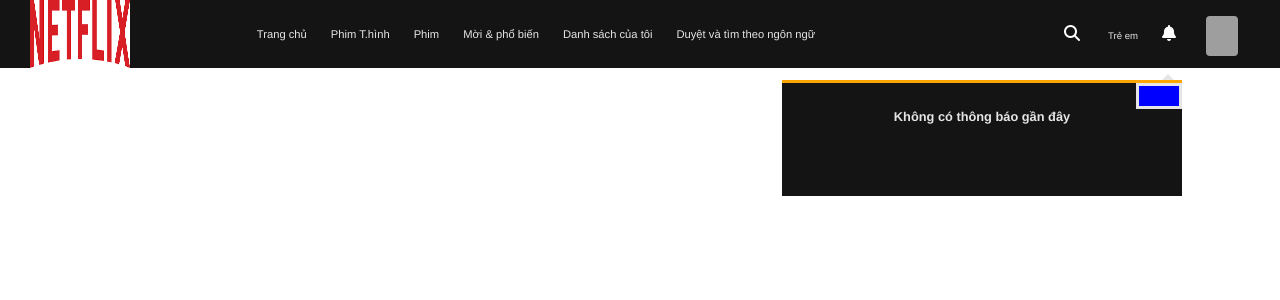
Repository: Tbs-Giang-Luong/neflix
Page: netflix/index.html
An editor plug-in stored every save of this project. The page is shown before and after the next save, followed by the edit.
The browser window is 1280 px wide. The pictures show the whole page.
Pictures or frames that could not be fetched are drawn as grey boxes.

Above is the page before, as saved 2022-10-11 15:05:04.

### netflix/index.html
<!DOCTYPE html>
<html lang="en">
<head>
    <meta charset="UTF-8">
    <meta http-equiv="X-UA-Compatible" content="IE=edge">
    <meta name="viewport" content="width=device-width, initial-scale=1.0">
    <link rel="stylesheet" href="./asset/css/grid.css">
    <link rel="stylesheet" href="./asset/fonts/fontawesome-free-6.2.0-web/css/all.min.css">
    <link rel="stylesheet" href="./asset/css/styles.css">
    <link rel="stylesheet" href="./asset/css/main.css">
    <title>Document</title>
</head>
<body>
    <div id="main grid wide">
        <div id="header">
            <img class="header-logo" src="data:[embedded picture, 4426 characters]" data-deferred="1" alt="upload.wikimedia.org/wikipedia/commons/thumb/0/..." data-atf="true" data-iml="706.6999999992549">
            <div class="header-main">
                <ui class="main__navigation">
                    <li class="navigation-item">
                        <a href="">Trang chủ</a>

                    </li>
                    <li class="navigation-item">
                        <a href="">Phim T.hình</a>

                    </li>
                    <li class="navigation-item">
                        <a href="">Phim</a>

                    </li>
                    <li class="navigation-item">
                        <a href="">Mời & phổ biến</a>

                    </li>
                    <li class="navigation-item">
                        <a href="">  Danh sách của tôi</a>

                    </li>
                    <li class="navigation-item">
                        <a href=""> Duyệt và tìm theo ngôn ngữ</a>

                    </li>
                </ui>
            </div>
            <div class="header__sub">
                <ul class="secondary__navigation">
                    <li class="header__sub-item">
                        <span class="header-search">
                            <i class="fa-solid fa-magnifying-glass"></i>
                        </span>

                    </li>
                    <li class="header__sub-item">
                        <a href="">Trẻ em</a>
                    </li>
                    <li class="header__sub-item display-notification ">
                        <span class="item-notification ">
                            <i class="fa-solid fa-bell"></i>
                            <div class="header__notification">
                                <h4>Không có thông báo gần đây</h4>
                            </div>
                        </span>

                    </li>
                    <li class="header__sub-item">
                        <img class="avatar" src="https://occ-0-325-58.1.nflxso.net/dnm/api/v6/K6hjPJd6cR6FpVELC5Pd6ovHRSk/AAAABY20DrC9-11ewwAs6nfEgb1vrORxRPP9IGmlW1WtKuaLIz8VxCx5NryzDK3_ez064IsBGdXjVUT59G5IRuFdqZlCJCneepU.png?r=229" alt="Avatar">
                    </li>
                </ul>

            </div>


        </div>

        <div id="content">

        </div>

        <div id="footer">

        </div>
    </div>
</body>
</html>

### netflix/asset/css/grid.css
.grid {
    width: 100%;
    display: block;
    padding: 0;
}

.grid.wide {
    max-width: 1200px;
    margin: 0 auto;
}

.row {
    display: flex;
    flex-wrap: wrap;
    margin-left: -4px;
    margin-right: -4px;
}

.row.no-gutters {
    margin-left: 0;
    margin-right: 0;
}

.col {
    padding-left: 4px;
    padding-right: 4px;
}

.row.no-gutters .col {
    padding-left: 0;
    padding-right: 0;
}

.c-0 {
    display: none;
}

.c-1 {
    flex: 0 0 8.33333%;
    max-width: 8.33333%;
}

.c-2 {
    flex: 0 0 16.66667%;
    max-width: 16.66667%;
}

.c-3 {
    flex: 0 0 25%;
    max-width: 25%;
}

.c-4 {
    flex: 0 0 33.33333%;
    max-width: 33.33333%;
}

.c-5 {
    flex: 0 0 41.66667%;
    max-width: 41.66667%;
}

.c-6 {
    flex: 0 0 50%;
    max-width: 50%;
}

.c-7 {
    flex: 0 0 58.33333%;
    max-width: 58.33333%;
}

.c-8 {
    flex: 0 0 66.66667%;
    max-width: 66.66667%;
}

.c-9 {
    flex: 0 0 75%;
    max-width: 75%;
}

.c-10 {
    flex: 0 0 83.33333%;
    max-width: 83.33333%;
}

.c-11 {
    flex: 0 0 91.66667%;
    max-width: 91.66667%;
}

.c-12 {
    flex: 0 0 100%;
    max-width: 100%;
}

.c-o-1 {
    margin-left: 8.33333%;
}

.c-o-2 {
    margin-left: 16.66667%;
}

.c-o-3 {
    margin-left: 25%;
}

.c-o-4 {
    margin-left: 33.33333%;
}

.c-o-5 {
    margin-left: 41.66667%;
}

.c-o-6 {
    margin-left: 50%;
}

.c-o-7 {
    margin-left: 58.33333%;
}

.c-o-8 {
    margin-left: 66.66667%;
}

.c-o-9 {
    margin-left: 75%;
}

.c-o-10 {
    margin-left: 83.33333%;
}

.c-o-11 {
    margin-left: 91.66667%;
}

/* >= Tablet */
@media (min-width: 740px) {
    .row {
        margin-left: -8px;
        margin-right: -8px;
    }

    .col {
        padding-left: 8px;
        padding-right: 8px;
    }

    .m-0 {
        display: none;
    }

    .m-1,
    .m-2,
    .m-3,
    .m-4,
    .m-5,
    .m-6,
    .m-7,
    .m-8,
    .m-9,
    .m-10,
    .m-11,
    .m-12 {
        display: block;
    }

    .m-1 {
        flex: 0 0 8.33333%;
        max-width: 8.33333%;
    }

    .m-2 {
        flex: 0 0 16.66667%;
        max-width: 16.66667%;
    }

    .m-3 {
        flex: 0 0 25%;
        max-width: 25%;
    }

    .m-4 {
        flex: 0 0 33.33333%;
        max-width: 33.33333%;
    }

    .m-5 {
        flex: 0 0 41.66667%;
        max-width: 41.66667%;
    }

    .m-6 {
        flex: 0 0 50%;
        max-width: 50%;
    }

    .m-7 {
        flex: 0 0 58.33333%;
        max-width: 58.33333%;
    }

    .m-8 {
        flex: 0 0 66.66667%;
        max-width: 66.66667%;
    }

    .m-9 {
        flex: 0 0 75%;
        max-width: 75%;
    }

    .m-10 {
        flex: 0 0 83.33333%;
        max-width: 83.33333%;
    }

    .m-11 {
        flex: 0 0 91.66667%;
        max-width: 91.66667%;
    }

    .m-12 {
        flex: 0 0 100%;
        max-width: 100%;
    }

    .m-o-1 {
        margin-left: 8.33333%;
    }

    .m-o-2 {
        margin-left: 16.66667%;
    }

    .m-o-3 {
        margin-left: 25%;
    }

    .m-o-4 {
        margin-left: 33.33333%;
    }

    .m-o-5 {
        margin-left: 41.66667%;
    }

    .m-o-6 {
        margin-left: 50%;
    }

    .m-o-7 {
        margin-left: 58.33333%;
    }

    .m-o-8 {
        margin-left: 66.66667%;
    }

    .m-o-9 {
        margin-left: 75%;
    }

    .m-o-10 {
        margin-left: 83.33333%;
    }

    .m-o-11 {
        margin-left: 91.66667%;
    }
}

/* PC medium resolution > */
@media (min-width: 1113px) {
    .row {
        margin-left: -12px;
        margin-right: -12px;
    }

    .row.sm-gutter {
        margin-left: -5px;
        margin-right: -5px;
    }

    .col {
        padding-left: 12px;
        padding-right: 12px;
    }

    .row.sm-gutter .col {
        padding-left: 5px;
        padding-right: 5px;
    }

    .l-0 {
        display: none;
    }

    .l-1,
    .l-2,
    .l-2-4,
    .l-3,
    .l-4,
    .l-5,
    .l-6,
    .l-7,
    .l-8,
    .l-9,
    .l-10,
    .l-11,
    .l-12 {
        display: block;
    }

    .l-1 {
        flex: 0 0 8.33333%;
        max-width: 8.33333%;
    }

    .l-2 {
        flex: 0 0 16.66667%;
        max-width: 16.66667%;
    }

    .l-2-4 {
        flex: 0 0 20%;
        max-width: 20%;
    }

    .l-3 {
        flex: 0 0 25%;
        max-width: 25%;
    }

    .l-4 {
        flex: 0 0 33.33333%;
        max-width: 33.33333%;
    }

    .l-5 {
        flex: 0 0 41.66667%;
        max-width: 41.66667%;
    }

    .l-6 {
        flex: 0 0 50%;
        max-width: 50%;
    }

    .l-7 {
        flex: 0 0 58.33333%;
        max-width: 58.33333%;
    }

    .l-8 {
        flex: 0 0 66.66667%;
        max-width: 66.66667%;
    }

    .l-9 {
        flex: 0 0 75%;
        max-width: 75%;
    }

    .l-10 {
        flex: 0 0 83.33333%;
        max-width: 83.33333%;
    }

    .l-11 {
        flex: 0 0 91.66667%;
        max-width: 91.66667%;
    }

    .l-12 {
        flex: 0 0 100%;
        max-width: 100%;
    }

    .l-o-1 {
        margin-left: 8.33333%;
    }

    .l-o-2 {
        margin-left: 16.66667%;
    }

    .l-o-3 {
        margin-left: 25%;
    }

    .l-o-4 {
        margin-left: 33.33333%;
    }

    .l-o-5 {
        margin-left: 41.66667%;
    }

    .l-o-6 {
        margin-left: 50%;
    }

    .l-o-7 {
        margin-left: 58.33333%;
    }

    .l-o-8 {
        margin-left: 66.66667%;
    }

    .l-o-9 {
        margin-left: 75%;
    }

    .l-o-10 {
        margin-left: 83.33333%;
    }

    .l-o-11 {
        margin-left: 91.66667%;
    }
}

/* Tablet - PC low resolution */
@media (min-width: 740px) and (max-width: 1023px) {
    .wide {
        width: 644px;
    }
}

/* > PC low resolution */
@media (min-width: 1024px) and (max-width: 1239px) {
    .wide {
        width: 984px;
    }

    .wide .row {
        margin-left: -12px;
        margin-right: -12px;
    }

    .wide .row.sm-gutter {
        margin-left: -5px;
        margin-right: -5px;
    }

    .wide .col {
        padding-left: 12px;
        padding-right: 12px;
    }

    .wide .row.sm-gutter .col {
        padding-left: 5px;
        padding-right: 5px;
    }

    .wide .l-0 {
        display: none;
    }

    .wide .l-1,
    .wide .l-2,
    .wide .l-2-4,
    .wide .l-3,
    .wide .l-4,
    .wide .l-5,
    .wide .l-6,
    .wide .l-7,
    .wide .l-8,
    .wide .l-9,
    .wide .l-10,
    .wide .l-11,
    .wide .l-12 {
        display: block;
    }

    .wide .l-1 {
        flex: 0 0 8.33333%;
        max-width: 8.33333%;
    }

    .wide .l-2 {
        flex: 0 0 16.66667%;
        max-width: 16.66667%;
    }

    .wide .l-2-4 {
        flex: 0 0 20%;
        max-width: 20%;
    }

    .wide .l-3 {
        flex: 0 0 25%;
        max-width: 25%;
    }

    .wide .l-4 {
        flex: 0 0 33.33333%;
        max-width: 33.33333%;
    }

    .wide .l-5 {
        flex: 0 0 41.66667%;
        max-width: 41.66667%;
    }

    .wide .l-6 {
        flex: 0 0 50%;
        max-width: 50%;
    }

    .wide .l-7 {
        flex: 0 0 58.33333%;
        max-width: 58.33333%;
    }

    .wide .l-8 {
        flex: 0 0 66.66667%;
        max-width: 66.66667%;
    }

    .wide .l-9 {
        flex: 0 0 75%;
        max-width: 75%;
    }

    .wide .l-10 {
        flex: 0 0 83.33333%;
        max-width: 83.33333%;
    }

    .wide .l-11 {
        flex: 0 0 91.66667%;
        max-width: 91.66667%;
    }

    .wide .l-12 {
        flex: 0 0 100%;
        max-width: 100%;
    }

    .wide .l-o-1 {
        margin-left: 8.33333%;
    }

    .wide .l-o-2 {
        margin-left: 16.66667%;
    }

    .wide .l-o-3 {
        margin-left: 25%;
    }

    .wide .l-o-4 {
        margin-left: 33.33333%;
    }

    .wide .l-o-5 {
        margin-left: 41.66667%;
    }

    .wide .l-o-6 {
        margin-left: 50%;
    }

    .wide .l-o-7 {
        margin-left: 58.33333%;
    }

    .wide .l-o-8 {
        margin-left: 66.66667%;
    }

    .wide .l-o-9 {
        margin-left: 75%;
    }

    .wide .l-o-10 {
        margin-left: 83.33333%;
    }

    .wide .l-o-11 {
        margin-left: 91.66667%;
    }
}

### netflix/asset/css/styles.css
*{
    margin: 0;
    padding: 0;
    box-sizing: border-box;
}

:root {
    --height-header: 68px;
    --white-color:#fff;
    --header-color:#141414;
    --arrow-up-color:#e5e5e5;
}


body{

    font-family: Netflix Sans,Helvetica Neue,Helvetica,Arial,sans-serif;
}

### netflix/asset/css/main.css


#wrapper {
    background-color: rgb(20, 20, 20);

}


#header {
    width: 100%;
    height: 68px;
    background-color: #141414;
    /* background-color: #333; */
    display: flex;
    justify-content: space-between;
    padding: 0 30px;

}

.header-logo {
    width:100px;
    height: 68px;

    background-color: transparent;
    cursor: pointer;

}

/* navigation */

.header-main {
    cursor: pointer;

}

.main__navigation {
    display: flex;
    margin-left: -110px;
}

 .navigation-item a:first-child {
    font-size: 0.7rem;
    font-weight: 500;
}

.navigation-item ~ a :hover {
    color: #e5e5e5;
}

.navigation-item {
    list-style-type: none;
    height: 68px;

}
.navigation-item a {
  color: #e5e5e5;
  line-height: 68px;
  font-size: 0.6rem;
  font-weight: 300;
  text-decoration: none;
  padding: 0 12px;
  height: var();
  max-width: 110px;
  min-width: 24px;



}


/* Sub-navagation */

.header__sub {

}

.secondary__navigation {
    display: flex;
}

.header__sub-item {
    list-style: none;
    height: var(--height-header);
    cursor: pointer;
}

.header-search,
.item-notification {
    display: block;
    width: 20px;
    height: 20px;
    color: white;


}
.item-notification {
    position: relative;
}

.header__notification {
    position: absolute;
    top: 80px;
    right: 0;
    width: 400px;
    height: 116px;
    font-size: 0.8rem;
    font-weight: 300;
    text-align: center;
    color: #e5e5e5;
    border-top: 3px solid orange;
    background-color: #141414;
    transform-origin: top right;
    animation: displayNotification linear 0.4s;
    /* display: none; */
}

.display-notification:hover .header__notification{
    display: block;
}

.header__notification::before{
    content: '';
    position: absolute;
    border-width: 6px 6px;
    border-style:solid;
    border-color: transparent transparent var(--arrow-up-color) transparent ;
    top: -15px;
    right: 8px;


}

.header__notification::after{
    content: '';
    position: absolute;
    display: block;
    border-style:solid;
    background-color: blue;
    width: 40px;
    height: 20px;
    top: 0;
    right: 0;


}

@keyframes displayNotification {
    from{
        opacity: 0;
        transform: scale(0);
    }
    to{
        opacity: 1;

        transform: scale(1);

    }
}

.header__sub-item a{
    text-decoration: none;
    color: #e5e5e5;
    font-size: 0.6rem;

}

.header__sub-item  {
    padding: 0 12px;
    line-height: var(--height-header);
}
/* .header__sub-item li + .header__sub-item li{
    padding: 0 12px;
} */

.avatar {
   width: 32px;
   height: 40px;
   margin-top: 16px;
   border-radius: 4px;
}



#content {

}


#footer {

}

Loaded but not shown: netflix/asset/fonts/fontawesome-free-6.2.0-web/css/all.min.css (library)

After the next save:
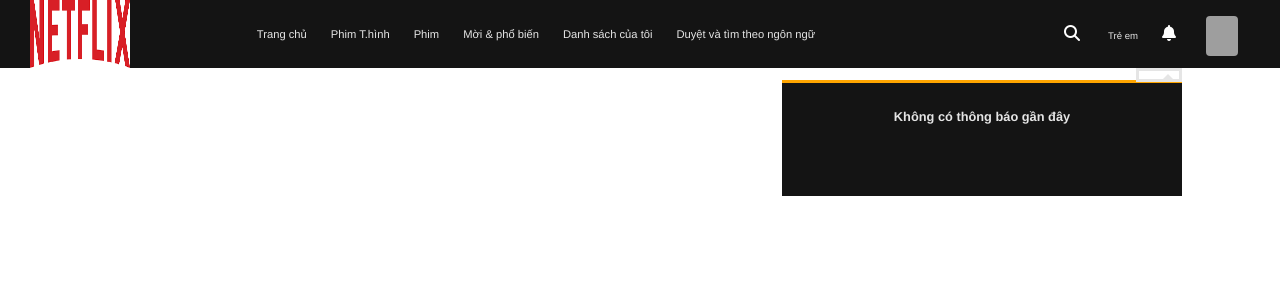
Saved 78 s later.
--- a/netflix/asset/css/main.css
+++ b/netflix/asset/css/main.css
@@ -134,11 +134,11 @@
     content: '';
     position: absolute;
     display: block;
-    border-style:solid;
-    background-color: blue;
+    border-style: solid;
+
     width: 40px;
-    height: 20px;
-    top: 0;
+    height: 8px;
+    top: -15px;
     right: 0;
 
 
